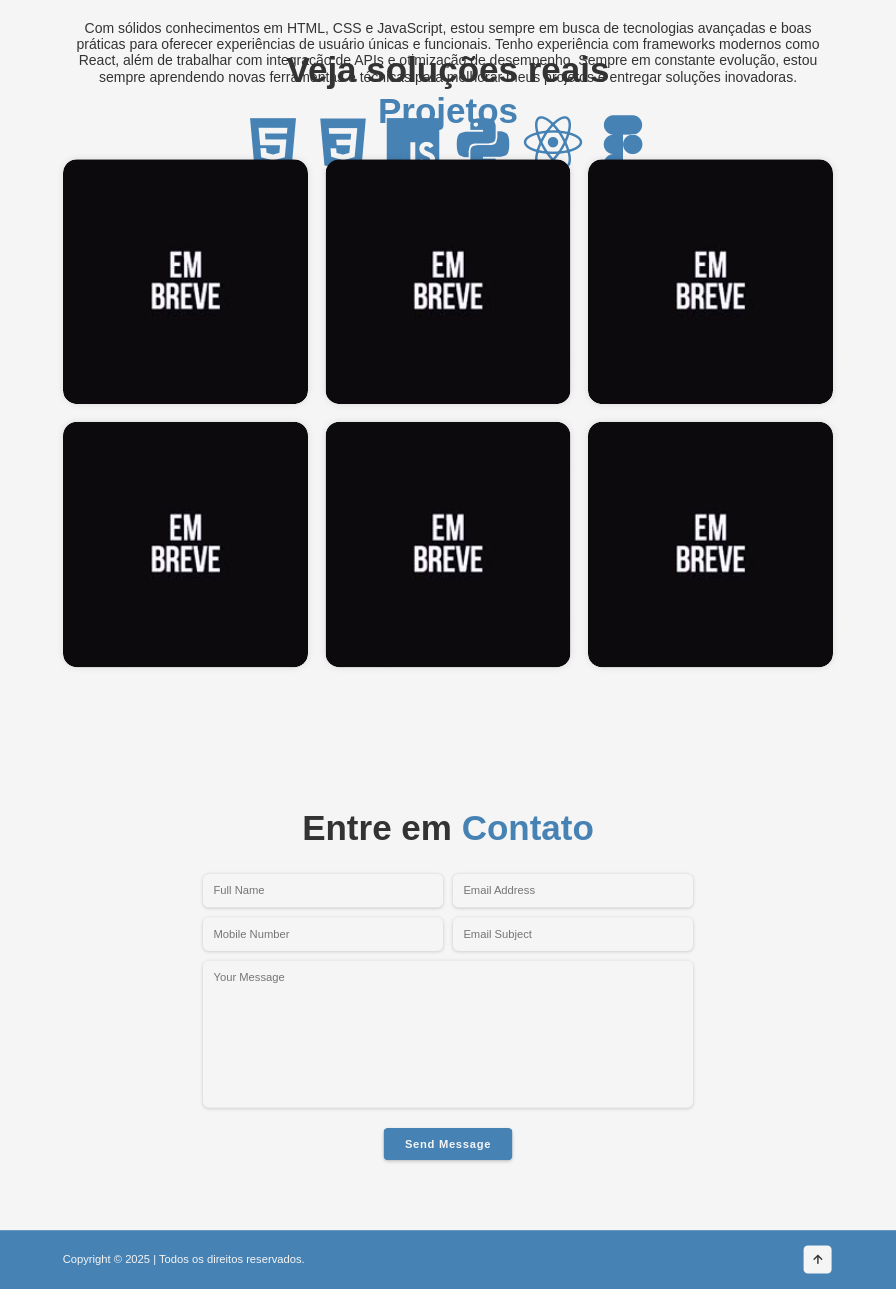
Repository: AliciaKathleen/portfolio-2025
Page: index.html
The author's editor kept a copy of each file at every save. The page is drawn from the files as they stood at one save, then again after the next save.
The browser window is 1280 px wide. The pictures show the part of the page from y = 2358 to 4278 px (the page is 4200 px tall before and 4278 px after), at 70% of full size.

Above is the page before, as saved 2025-01-27 18:11:49.
Console error: TypeError: Cannot read properties of null (reading 'classList')

After the next save:
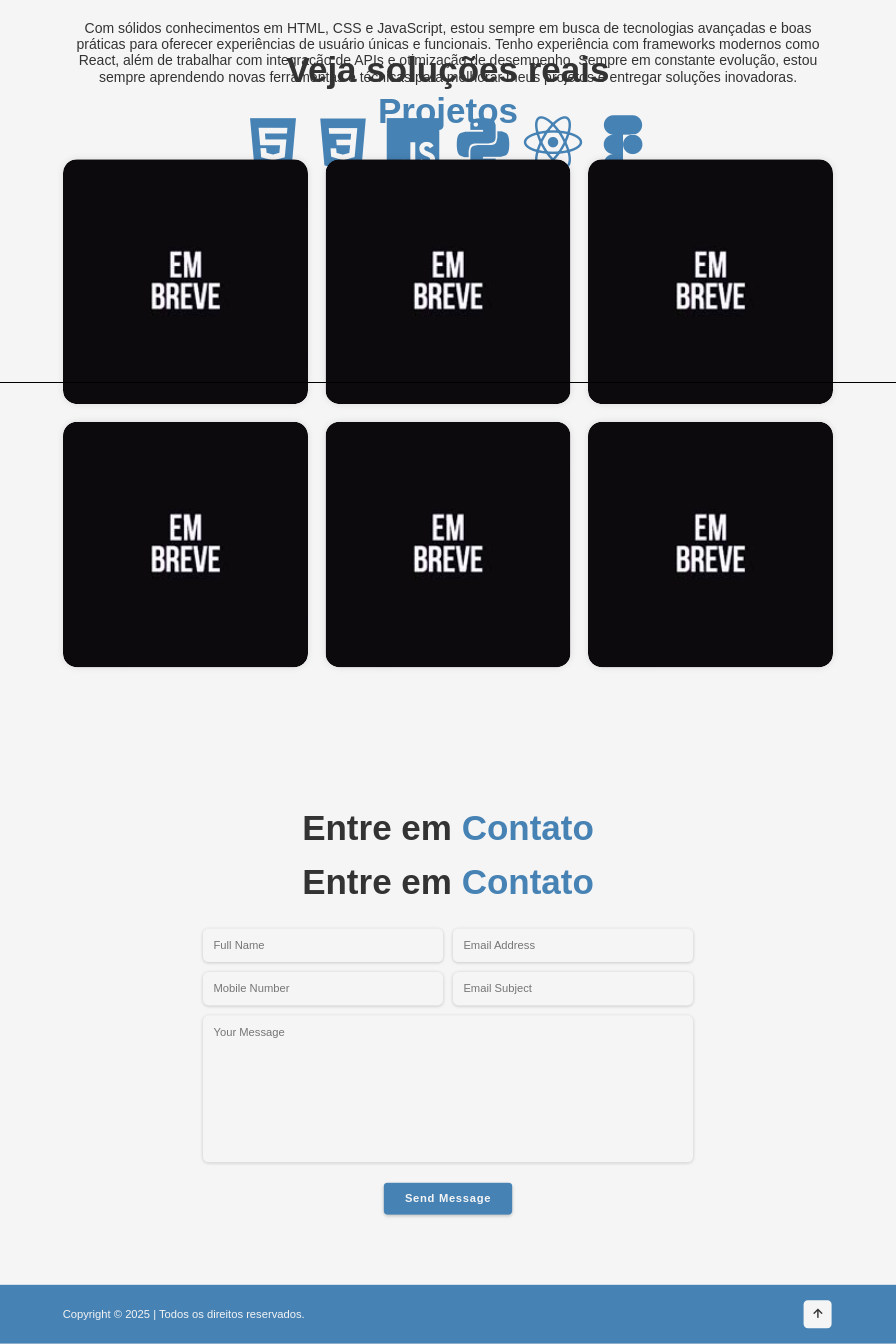
Saved 62 s later.
--- a/index.html
+++ b/index.html
@@ -207,6 +207,7 @@
     </section>
 
     <section class="contact" id="contact">
+        <h1 class="heading">Entre em <span>Contato</span></h1>
         <h2 class="heading">Entre em <span>Contato</span></h2>
 
         <form action="#">
